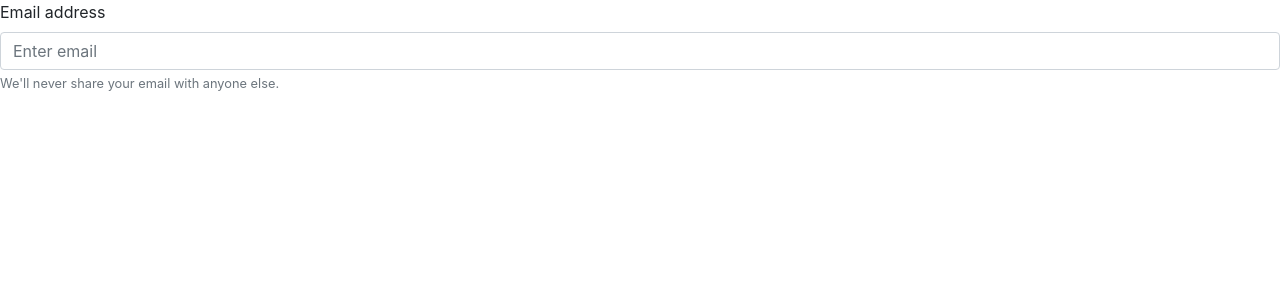
Repository: priyaadya/spring-practice-codes
Page: http://localhost/mvcspring/contact
The author's editor kept a copy of each file at every save. The page is drawn from the files as they stood at one save, then again after the next save.
The browser window is 1280 px wide. The pictures show the whole page.
Some web libraries are served in a nearby version. The page is served by Tomcat 9.

Above is the page before, as saved 2023-06-04 05:44:10.

After the next save:
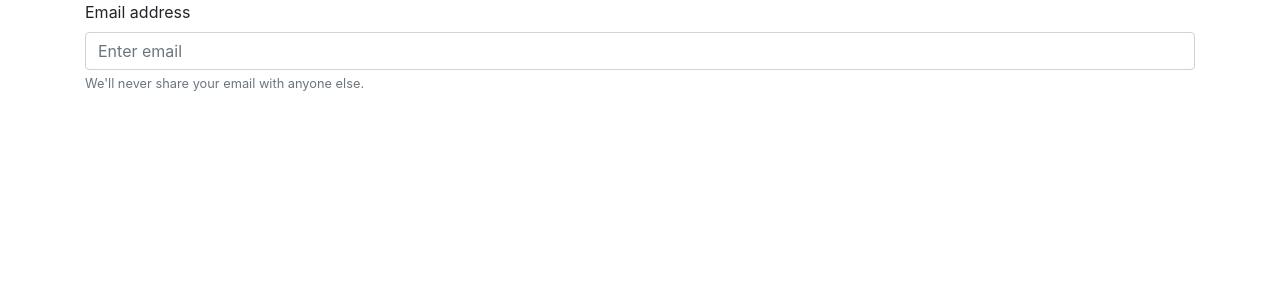
Saved 15 s later.
--- a/mvcspring/src/main/webapp/WEB-INF/views/contact.jsp
+++ b/mvcspring/src/main/webapp/WEB-INF/views/contact.jsp
@@ -14,7 +14,7 @@
   </head>
   <body>
 
-<div class="Container">
+<div class="container">
 <form>
 
  <div class="form-group">
